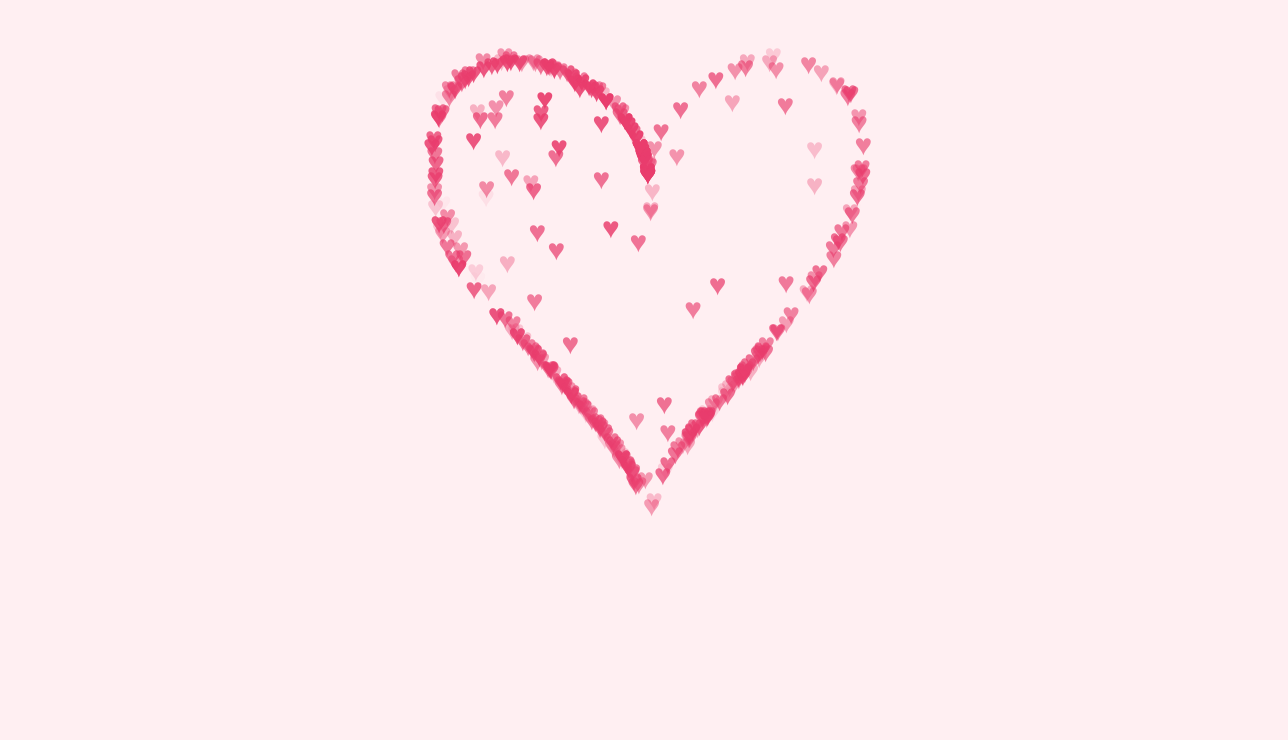
Repository: jpining/loveAnimate
Page: low.html
These files come from the project's save history. The page is drawn as it stood at one moment and after the next save; the edit follows.
The browser window is 1280 px wide. The page is 1288 px wide, so the pictures cover 1288 px, including what lies to the right of the window. The pictures show the whole page.

Above is the page before, as saved 2022-11-09 13:55:07.

### low.html
<!--
 * @Author: jp
 * @Date: 2022-11-08 16:01:16
 * @LastEditors: jp
 * @LastEditTime: 2022-11-09 13:54:54
 * @Descripttion:
 * @version:
-->
<!doctype html>
<html>

<head>
	<title>Heart</title>
	<meta charset="UTF-8">
</head>

<body>
	<canvas id="c"></canvas>
	<script>
		var b = document.body;
		var c = document.getElementsByTagName('canvas')[0];
		var a = c.getContext('2d');
	</script>
	<script>
		eval('var M=Math,n=M.pow,i,E=2,F="rgba(233,61,109,",d=M.cos,z=M.sin,L=1,u=30,W=window,w=c.width=W.innerWidth,h=c.height=W.innerHeight,r=_1){return M.random()*2-1},y="px Arial",v="",q="♥",X=w/2,Y=h/2,T=4,p=_1){var e=this;e.g=_1){e.x=X;e.y=Y;e.k=0;e.l=0;e.t=M.random()*19000;e.c=e.t};e.d=_1){a.fillStyle=F+(e.c/e.t)+")";a.fillText(q,e.x,e.y);e.c-=50;e.x+=e.k;e.y+=e.l;e.k=e.k+r();e.l=e.l+r();if(e.c<0||e.x>w||e.x<0||e.y>h||e.y<0){e.g()}};e.g()},A,B;a.textAlign="center";a.strokeStyle="#000";a.lineWidth=2;for(i=0;i<350;i++){M[i]=new p()}setInterval(_1){a.clearRect(0,0,w,h);a.font=u+y;X=(w/6*n(z(T),3)+w/2);Y=0.8*(-h/40*(13*d(T)-5*d(2*T)-2*d(3*T)-d(4*T))+h/2.3);T+=(z(T)+3)/99;for(i=0;i<350;i++){with(M[i]){A=(x/w-0.5)*2,B=-(y/h-0.5);if(L&&(A*A+2*n((B-0.5*n(M.abs(A),0.5)),2))>0.11){k=l=0}d()}}a.font=120+y;if(E>0.1){if(E<1){a.fillStyle=F+E+")";a.fillText("",w/2,h/2)}E-=0.02}a.fillStyle="#E93D6D";a.fillText(v,X,Y+u);a.strokeText(v,X,Y+u)},50);b.bgColor="#FFEFF2";c.onmouseup=_1){L=(L)?0:1}'.replace(/(_1)/g, 'function('))
	</script>
</body>

</html>

After the next save:
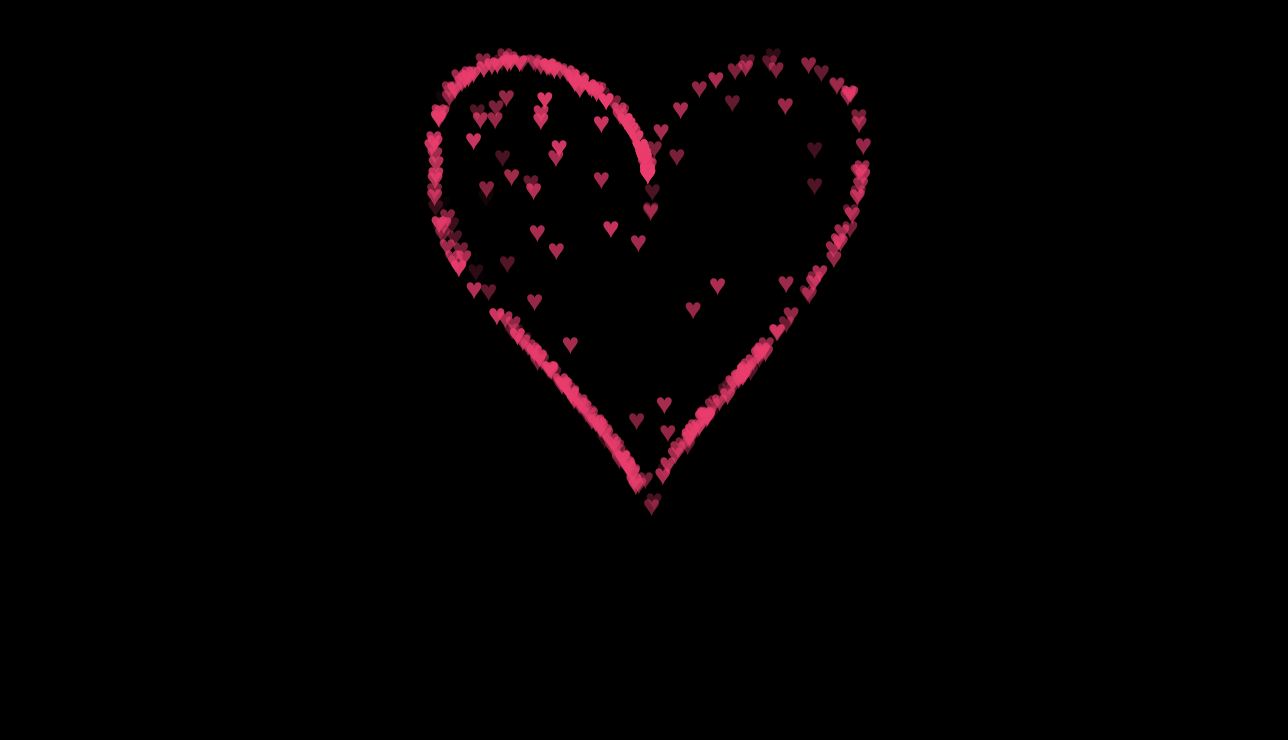
Saved 56 s later.
--- a/low.html
+++ b/low.html
@@ -2,7 +2,7 @@
  * @Author: jp
  * @Date: 2022-11-08 16:01:16
  * @LastEditors: jp
- * @LastEditTime: 2022-11-09 13:54:54
+ * @LastEditTime: 2022-11-09 13:56:03
  * @Descripttion:
  * @version:
 -->
@@ -14,6 +14,11 @@
 	<meta charset="UTF-8">
 </head>
 
+<style>
+	body{
+		background: #000;
+	}
+</style>
 <body>
 	<canvas id="c"></canvas>
 	<script>
